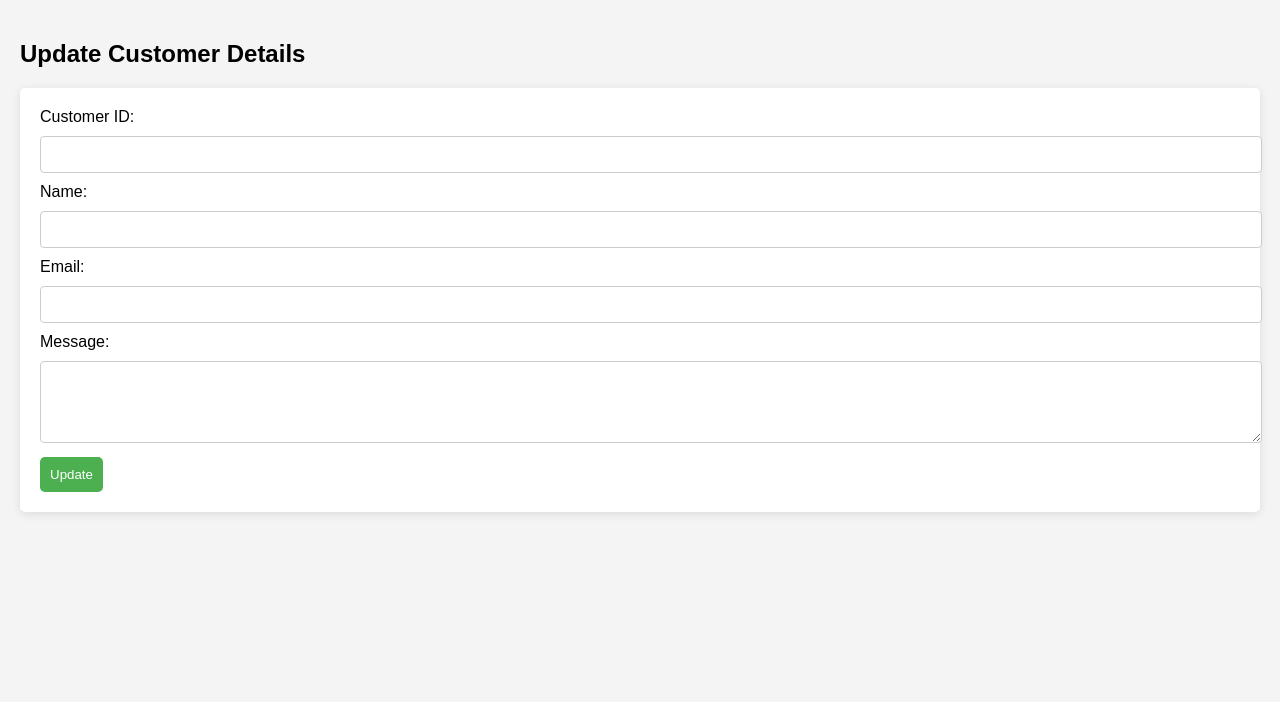
Repository: wmrmweerakoon/Online-Laundry-Management-System
Page: http://localhost/LaundryManagementSystem/contactUpdate.jsp
The author's editor kept a copy of each file at every save. The page is drawn from the files as they stood at one save, then again after the next save.
The browser window is 1280 px wide. The pictures show the whole page.
The page is served by Tomcat 9. Other server files are loaded and not shown.

Above is the page before, as saved 2024-10-13 09:30:30.

### Projects/LaundryManagementSystem/src/main/webapp/contactUpdate.jsp
<%@ page language="java" contentType="text/html; charset=UTF-8" pageEncoding="UTF-8"%>
<!DOCTYPE html>
<html>
<head>
    <title>Update Customer</title>
    <style>
        body {
            font-family: Arial, sans-serif;
            background-color: #f4f4f4;
            margin: 0;
            padding: 20px;
        }
        form {
            background: white;
            padding: 20px;
            border-radius: 5px;
            box-shadow: 0 2px 10px rgba(0, 0, 0, 0.1);
        }
        input[type="text"], input[type="email"], textarea {
            width: 100%;
            padding: 10px;
            margin: 10px 0;
            border: 1px solid #ccc;
            border-radius: 4px;
        }
        input[type="submit"] {
            background-color: #4CAF50;
            color: white;
            border: none;
            padding: 10px;
            cursor: pointer;
            border-radius: 5px;
        }
        input[type="submit"]:hover {
            background-color: #45a049;
        }
    </style>
</head>
<body>

<h2>Update Customer Details</h2>
<form action="ContactUpdateServlet" method="post">
    <label for="id">Customer ID:</label>
    <input type="text" id="id" name="id" required>

    <label for="name">Name:</label>
    <input type="text" id="name" name="name" required>

    <label for="email">Email:</label>
    <input type="email" id="email" name="email" required>

    <label for="message">Message:</label>
    <textarea id="message" name="message" rows="4" required></textarea>

    <input type="submit" value="Update">
</form>

</body>
</html>

After the next save:
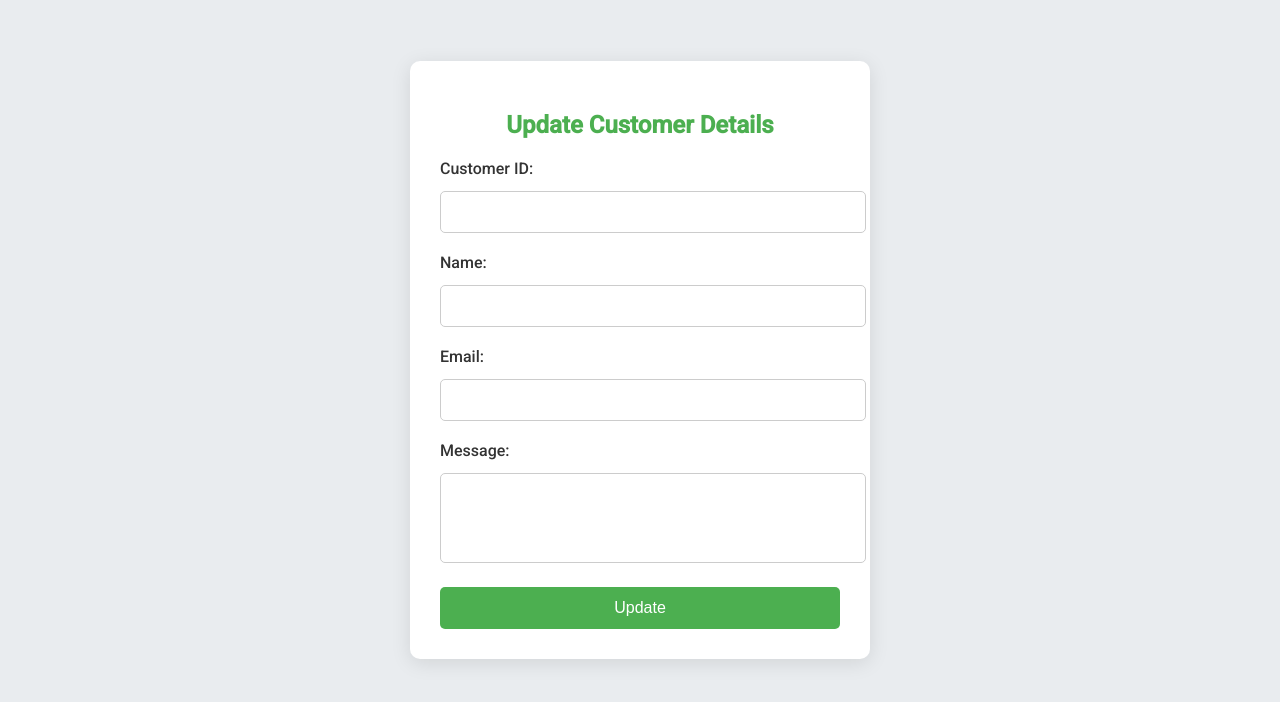
Saved 3 min 27 s later.
--- a/Projects/LaundryManagementSystem/src/main/webapp/contactUpdate.jsp
+++ b/Projects/LaundryManagementSystem/src/main/webapp/contactUpdate.jsp
@@ -1,59 +1,103 @@
 <%@ page language="java" contentType="text/html; charset=UTF-8" pageEncoding="UTF-8"%>
 <!DOCTYPE html>
-<html>
+<html lang="en">
 <head>
+    <meta charset="UTF-8">
+    <meta name="viewport" content="width=device-width, initial-scale=1.0">
     <title>Update Customer</title>
+    <link href="https://fonts.googleapis.com/css2?family=Roboto:wght@400;500&display=swap" rel="stylesheet">
     <style>
         body {
-            font-family: Arial, sans-serif;
-            background-color: #f4f4f4;
+            font-family: 'Roboto', sans-serif;
+            background-color: #e9ecef;
             margin: 0;
-            padding: 20px;
+            padding: 0;
+            display: flex;
+            justify-content: center;
+            align-items: center;
+            height: 100vh;
+            color: #333;
         }
-        form {
+
+        .form-container {
             background: white;
-            padding: 20px;
+            border-radius: 10px;
+            box-shadow: 0 4px 20px rgba(0, 0, 0, 0.1);
+            padding: 30px;
+            width: 400px;
+        }
+
+        h2 {
+            text-align: center;
+            margin-bottom: 20px;
+            color: #4CAF50;
+        }
+
+        label {
+            font-weight: 500;
+            margin-bottom: 5px;
+            display: block;
+        }
+
+        input[type="text"],
+        input[type="email"],
+        textarea {
+            width: 100%;
+            padding: 12px;
+            margin: 8px 0 20px;
+            border: 1px solid #ccc;
             border-radius: 5px;
-            box-shadow: 0 2px 10px rgba(0, 0, 0, 0.1);
+            font-size: 14px;
         }
-        input[type="text"], input[type="email"], textarea {
-            width: 100%;
-            padding: 10px;
-            margin: 10px 0;
-            border: 1px solid #ccc;
-            border-radius: 4px;
+
+        textarea {
+            resize: none;
         }
+
         input[type="submit"] {
             background-color: #4CAF50;
             color: white;
             border: none;
-            padding: 10px;
+            padding: 12px;
             cursor: pointer;
             border-radius: 5px;
+            font-size: 16px;
+            width: 100%;
+            transition: background-color 0.3s ease;
         }
+
         input[type="submit"]:hover {
             background-color: #45a049;
+        }
+
+        @media (max-width: 480px) {
+            .form-container {
+                width: 90%;
+                padding: 20px;
+            }
         }
     </style>
 </head>
 <body>
 
-<h2>Update Customer Details</h2>
-<form action="ContactUpdateServlet" method="post">
-    <label for="id">Customer ID:</label>
-    <input type="text" id="id" name="id" required>
+<div class="form-container">
+    <h2>Update Customer Details</h2>
+    <form action="ContactUpdateServlet" method="post">
+        <label for="id">Customer ID:</label>
+        <input type="text" id="id" name="id" required>
 
-    <label for="name">Name:</label>
-    <input type="text" id="name" name="name" required>
+        <label for="name">Name:</label>
+        <input type="text" id="name" name="name" required>
 
-    <label for="email">Email:</label>
-    <input type="email" id="email" name="email" required>
+        <label for="email">Email:</label>
+        <input type="email" id="email" name="email" required>
 
-    <label for="message">Message:</label>
-    <textarea id="message" name="message" rows="4" required></textarea>
+        <label for="message">Message:</label>
+        <textarea id="message" name="message" rows="4" required></textarea>
 
-    <input type="submit" value="Update">
-</form>
+        <input type="submit" value="Update">
+    </form>
+</div>
 
 </body>
 </html>
